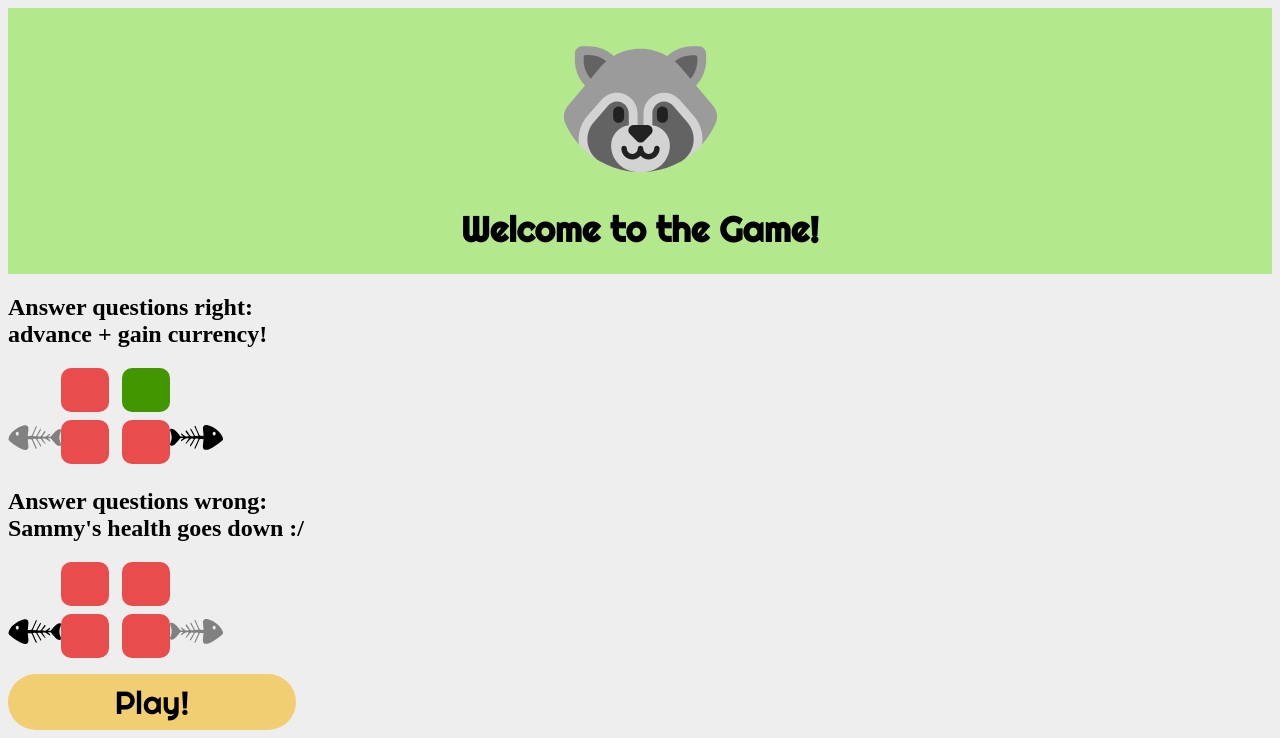
Repository: alemunden/Trash-Scavengers
Page: /QuizTutorial
These files come from the project's save history. The page is drawn as it stood at one moment and after the next save; the edit follows.
The browser window is 1280 px wide. The pictures show the whole page.
The project was rebuilt for these pictures with package versions that can differ from the ones it lists, and the page was loaded fresh each time. The framework's server and built-in components were replaced by stand-ins that run in the browser. Also part of the build but not shown: next.config.mjs.

Above is the page before, as saved 2024-04-08 11:30:29.

### pages/QuizTutorial.js
import styles from '@/styles/QuizTutorial.module.css'
import Image from 'next/image'
import Button from '@/components/Button'

export default function QuizTutorial() {
    return(
        <>
            <div className={styles.welcomeGameContainer}>
                <link rel="preconnect" href="https://fonts.googleapis.com"/>
                <link rel="preconnect" href="https://fonts.gstatic.com" crossorigin/>
                <link href="https://fonts.googleapis.com/css2?family=Righteous&display=swap" rel="stylesheet"/>
                <Image src={'/scrappy.svg'} width={175} height={175} alt='A vector cartoon drawing of a raccoon head.'/>
                <h1 className={styles.welcomeHeader}>Welcome to the Game!</h1>
            </div>
            <div>
                <h2>Answer questions right:<br/>advance + gain currency!</h2>
                <div>
                    <Image src={'/fishbonegreyleft.svg'} width={53} height={53} alt='A vector drawing of a fish skeleton.'/>
                    <Image src={'/sqaurescorrect.svg'} width={109} height={96} alt='Four red squares displayed in rows of two. The top-right square is green instead of red.'/>
                    <Image src={'/fishboneblackright.svg'} width={53} height={53} alt='A vector drawing of a fish skeleton.'/>
                </div>
            </div>
            <div>
                <h2>Answer questions wrong:<br/>Sammy's health goes down :/</h2>
                <div>
                <Image src={'/fishboneblackleft.svg'} width={53} height={53} alt='A vector drawing of a fish skeleton.'/>
                <Image src={'/squaresincorrect.svg'} width={109} height={96} alt='Four red squares displayed in rows of two.'/>
                <Image src={'/fishbonegreyright.svg'} width={53} height={53} alt='A vector drawing of a fish skeleton.'/>
                </div>
            </div>
            <Button buttonText={'Play!'} bgColor="#F2CE73"/>
        </>
    )
}

### styles/globals.css
:root {
    --white: #eee;
    --black: #000;
    --light-green: #B4E88C;
    --light-blue: #9EBAE5;
    --light-gray: #c5c5c5;
    --light-yellow: #F3CD70;
    --medium-green: #429600;
    --gold: #ED9F26;

}

html, body {
    overflow-x: hidden;
    background-color: var(--white);
  }

main {
    padding: 1rem;
  }

li {
    list-style-type: none;
    cursor: pointer;
    margin: 1rem;
    width: 100%;
    padding: 0.5rem;
    color: #000105;
    background-color: var(--light-blue);
    border-radius: 1rem;
    border-bottom: 6px solid #7893bb;
    font-family: "Righteous", sans-serif;
    text-align: center;
    font-size: 1.5rem;
  }

.liHover:hover {
    background-color: #7893bb;
    columns: #fff;
}

.liSelected {
    color: #fff;
    background-color: #000925;
}

### styles/QuizTutorial.module.css
.welcomeGameContainer {
    background-color: var(--light-green);
    display: flex;
    flex-direction: column;
    align-items: center;
}

.welcomeHeader {
    color: var(--black);
    font-family: "Righteous", sans-serif;
    font-size: 2.2rem;
    text-align: center;
}

### components/Button/index.js
import styles from './Button.module.css'

export default function Button({buttonText, bgColor, borderColor}) {
    return(
        <>
            <button className={styles.button} style={{backgroundColor: bgColor, borderBottom: borderColor}}>
                {buttonText}
            </button>
        </>
    )
}

### components/Button/Button.module.css
.button {
    padding: 0.5rem;
    border-radius: 2rem;
    width: 18rem;
    margin-top: 12px;
    font-size: 2rem;
    color: var(--black);
    font-family: "Righteous", sans-serif;
    border: 0;
}

Loaded but not shown: pages/_app.js (common file); pages/_document.js (common file); pages/api/hello.js (common file)

After the next save:
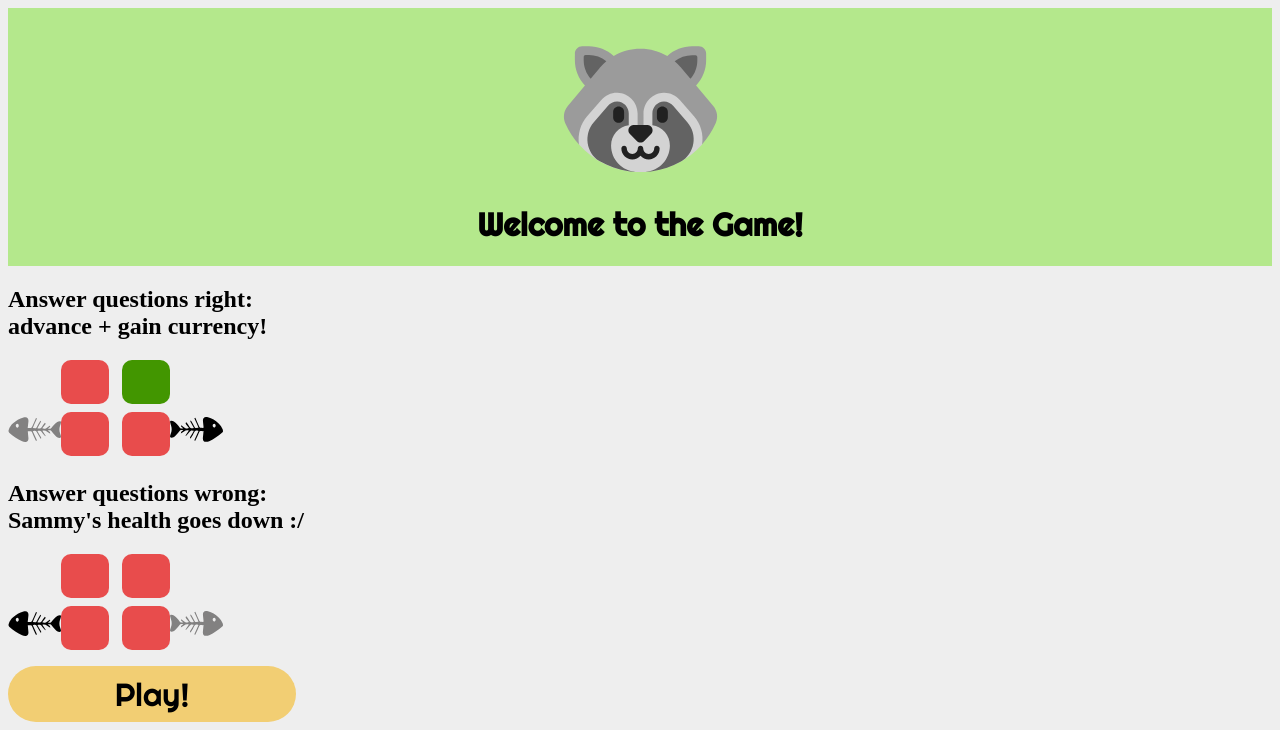
Saved 6 s later.
--- a/styles/QuizTutorial.module.css
+++ b/styles/QuizTutorial.module.css
@@ -8,6 +8,5 @@
 .welcomeHeader {
     color: var(--black);
     font-family: "Righteous", sans-serif;
-    font-size: 2.2rem;
     text-align: center;
 }
